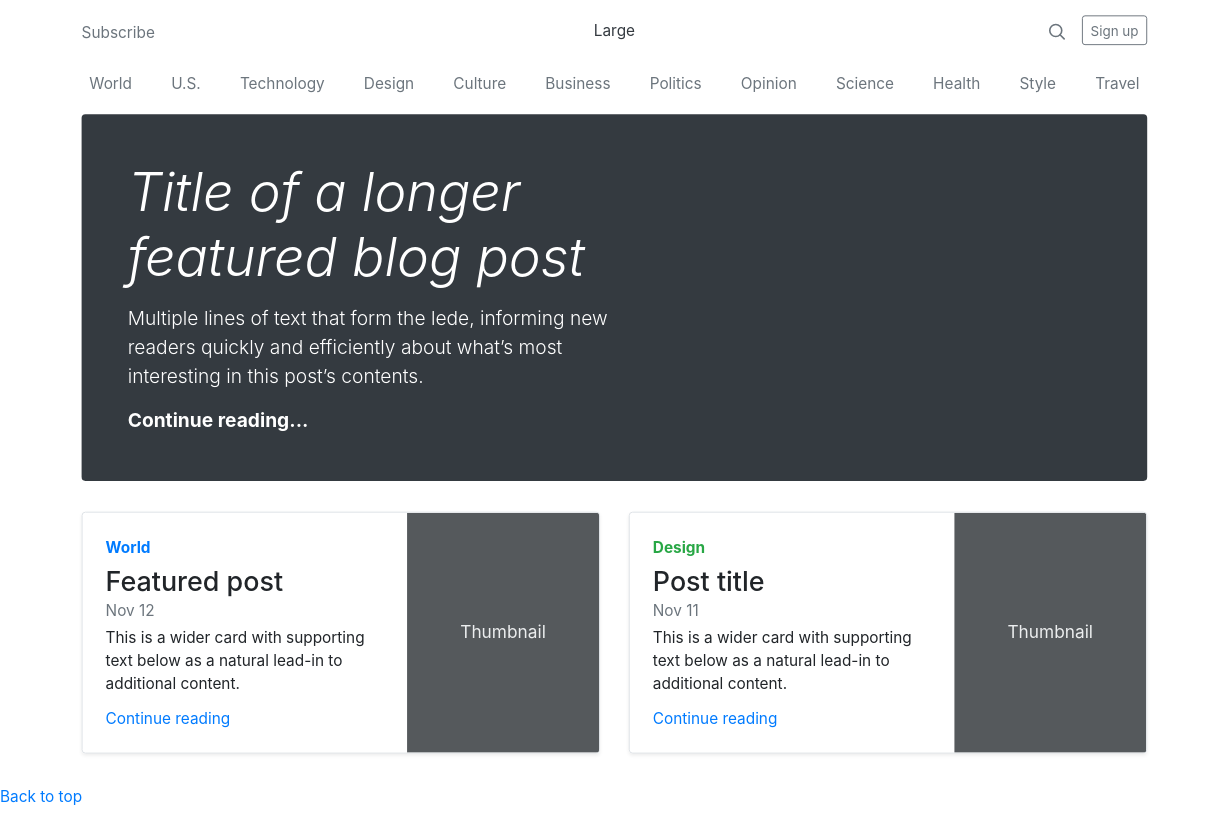
Repository: konstantin0s/wordpress-bootstrap
Page: Front.html
The author's editor kept a copy of each file at every save. The page is drawn from the files as they stood at one save, then again after the next save.
The browser window is 1280 px wide. The pictures show the whole page, at 96% of full size.

Above is the page before, as saved 2019-05-14 18:04:36.

### Front.html

<!doctype html>
<html lang="en">
  <head>
    <meta charset="utf-8">
    <meta name="viewport" content="width=device-width, initial-scale=1, shrink-to-fit=no">
    <meta name="description" content="">
    <meta name="author" content="Mark Otto, Jacob Thornton, and Bootstrap contributors">
    <meta name="generator" content="Jekyll v3.8.5">
    <title>Blog Template · Bootstrap</title>

    <link rel="canonical" href="https://getbootstrap.com/docs/4.3/examples/blog/">

    <!-- Bootstrap core CSS -->
<link href="css/bootstrap.css" rel="stylesheet" integrity="sha384-ggOyR0iXCbMQv3Xipma34MD+dH/1fQ784/j6cY/iJTQUOhcWr7x9JvoRxT2MZw1T" crossorigin="anonymous">


    <style>
      .bd-placeholder-img {
        font-size: 1.125rem;
        text-anchor: middle;
        -webkit-user-select: none;
        -moz-user-select: none;
        -ms-user-select: none;
        user-select: none;
      }

      @media (min-width: 768px) {
        .bd-placeholder-img-lg {
          font-size: 3.5rem;
        }
      }
    </style>
    <!-- Custom styles for this template -->
    <link href="https://fonts.googleapis.com/css?family=Playfair+Display:700,900" rel="stylesheet">
    <!-- Custom styles for this template -->
    <link href="css/style.css" rel="stylesheet">
  </head>
  <body>
    <div class="container">
  <header class="blog-header py-3">
    <div class="row flex-nowrap justify-content-between align-items-center">
      <div class="col-4 pt-1">
        <a class="text-muted" href="#">Subscribe</a>
      </div>
      <div class="col-4 text-center">
        <a class="blog-header-logo text-dark" href="#">Large</a>
      </div>
      <div class="col-4 d-flex justify-content-end align-items-center">
        <a class="text-muted" href="#">
          <svg xmlns="http://www.w3.org/2000/svg" width="20" height="20" fill="none" stroke="currentColor" stroke-linecap="round" stroke-linejoin="round" stroke-width="2" class="mx-3" role="img" viewBox="0 0 24 24" focusable="false"><title>Search</title><circle cx="10.5" cy="10.5" r="7.5"/><path d="M21 21l-5.2-5.2"/></svg>
        </a>
        <a class="btn btn-sm btn-outline-secondary" href="#">Sign up</a>
      </div>
    </div>
  </header>

  <div class="nav-scroller py-1 mb-2">
    <nav class="nav d-flex justify-content-between">
      <a class="p-2 text-muted" href="#">World</a>
      <a class="p-2 text-muted" href="#">U.S.</a>
      <a class="p-2 text-muted" href="#">Technology</a>
      <a class="p-2 text-muted" href="#">Design</a>
      <a class="p-2 text-muted" href="#">Culture</a>
      <a class="p-2 text-muted" href="#">Business</a>
      <a class="p-2 text-muted" href="#">Politics</a>
      <a class="p-2 text-muted" href="#">Opinion</a>
      <a class="p-2 text-muted" href="#">Science</a>
      <a class="p-2 text-muted" href="#">Health</a>
      <a class="p-2 text-muted" href="#">Style</a>
      <a class="p-2 text-muted" href="#">Travel</a>
    </nav>
  </div>

  <div class="jumbotron p-4 p-md-5 text-white rounded bg-dark">
    <div class="col-md-6 px-0">
      <h1 class="display-4 font-italic">Title of a longer featured blog post</h1>
      <p class="lead my-3">Multiple lines of text that form the lede, informing new readers quickly and efficiently about what’s most interesting in this post’s contents.</p>
      <p class="lead mb-0"><a href="#" class="text-white font-weight-bold">Continue reading...</a></p>
    </div>
  </div>

  <div class="row mb-2">
    <div class="col-md-6">
      <div class="row no-gutters border rounded overflow-hidden flex-md-row mb-4 shadow-sm h-md-250 position-relative">
        <div class="col p-4 d-flex flex-column position-static">
          <strong class="d-inline-block mb-2 text-primary">World</strong>
          <h3 class="mb-0">Featured post</h3>
          <div class="mb-1 text-muted">Nov 12</div>
          <p class="card-text mb-auto">This is a wider card with supporting text below as a natural lead-in to additional content.</p>
          <a href="#" class="stretched-link">Continue reading</a>
        </div>
        <div class="col-auto d-none d-lg-block">
          <svg class="bd-placeholder-img" width="200" height="250" xmlns="http://www.w3.org/2000/svg" preserveAspectRatio="xMidYMid slice" focusable="false" role="img" aria-label="Placeholder: Thumbnail"><title>Placeholder</title><rect width="100%" height="100%" fill="#55595c"/><text x="50%" y="50%" fill="#eceeef" dy=".3em">Thumbnail</text></svg>
        </div>
      </div>
    </div>
    <div class="col-md-6">
      <div class="row no-gutters border rounded overflow-hidden flex-md-row mb-4 shadow-sm h-md-250 position-relative">
        <div class="col p-4 d-flex flex-column position-static">
          <strong class="d-inline-block mb-2 text-success">Design</strong>
          <h3 class="mb-0">Post title</h3>
          <div class="mb-1 text-muted">Nov 11</div>
          <p class="mb-auto">This is a wider card with supporting text below as a natural lead-in to additional content.</p>
          <a href="#" class="stretched-link">Continue reading</a>
        </div>
        <div class="col-auto d-none d-lg-block">
          <svg class="bd-placeholder-img" width="200" height="250" xmlns="http://www.w3.org/2000/svg" preserveAspectRatio="xMidYMid slice" focusable="false" role="img" aria-label="Placeholder: Thumbnail"><title>Placeholder</title><rect width="100%" height="100%" fill="#55595c"/><text x="50%" y="50%" fill="#eceeef" dy=".3em">Thumbnail</text></svg>
        </div>
      </div>
    </div>
  </div>
</div>



<footer class="blog-footer">

  <p>
    <a href="#">Back to top</a>
  </p>
</footer>
</body>
</html>

Loaded but not shown: css/bootstrap.css (library); css/style.css (library)

After the next save:
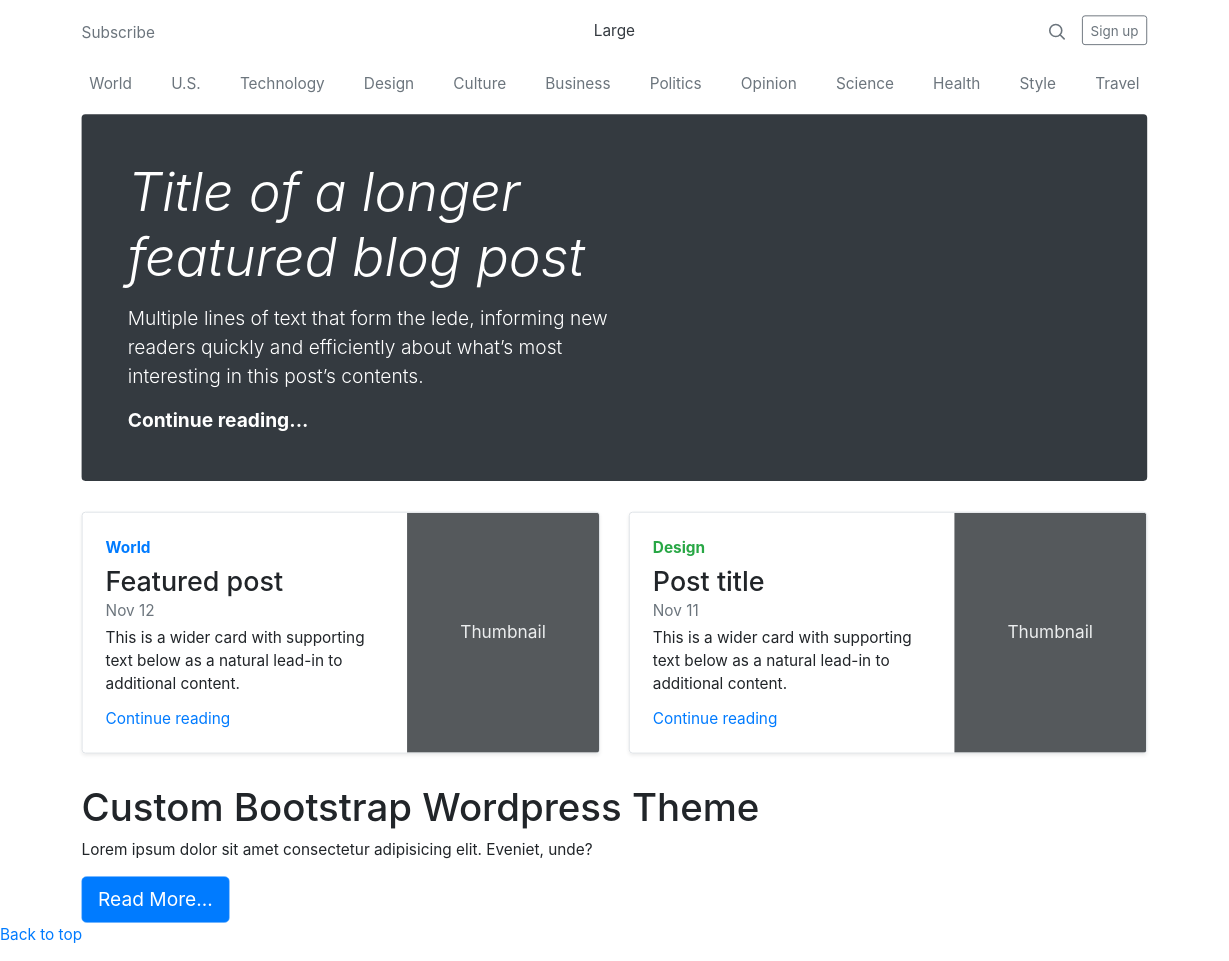
Saved 107 s later.
--- a/Front.html
+++ b/Front.html
@@ -112,7 +112,16 @@
   </div>
 </div>
 
+<section id="showcase">
+  <div class="container">
+    <h1>Custom Bootstrap Wordpress Theme</h1>
+    <p>
+      Lorem ipsum dolor sit amet consectetur adipisicing elit. Eveniet, unde?
 
+    </p>
+    <a href="#" class="btn btn-primary btn-lg">Read More...</a>
+  </div>
+</section>
 
 <footer class="blog-footer">
 
